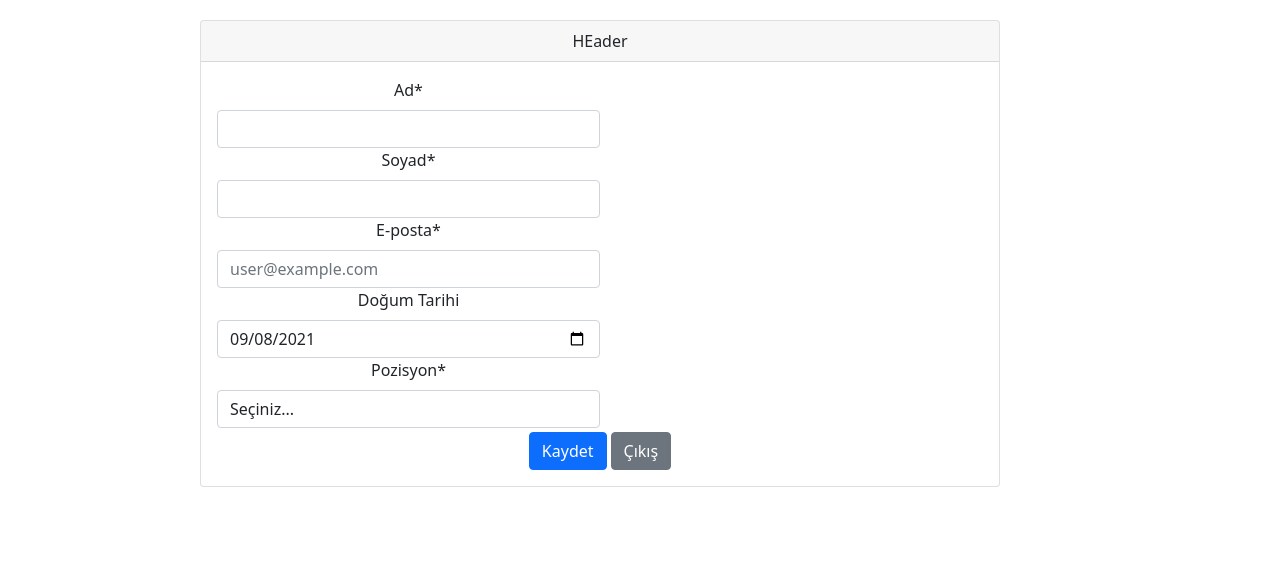
Repository: okankrdg/ReactCoreCRUD
Page: /employee/create (app in ReactCoreCRUD.Web/client/)
An editor plug-in stored every save of this project. The page is shown before and after the next save, followed by the edit.
The browser window is 1280 px wide. The pictures show the whole page.
The page's requests for data from a server got no answer. The project was rebuilt for these pictures with package versions that can differ from the ones it lists, and the page was loaded fresh each time. No one was signed in, and anything a server would have sent is missing. Also part of the build but not shown: ReactCoreCRUD.Web/client/src/pages/Employee/index.tsx, ReactCoreCRUD.Web/client/src/pages/Exception/index.tsx.

Above is the page before, as saved 2021-10-10 22:19:24.

After the next save:
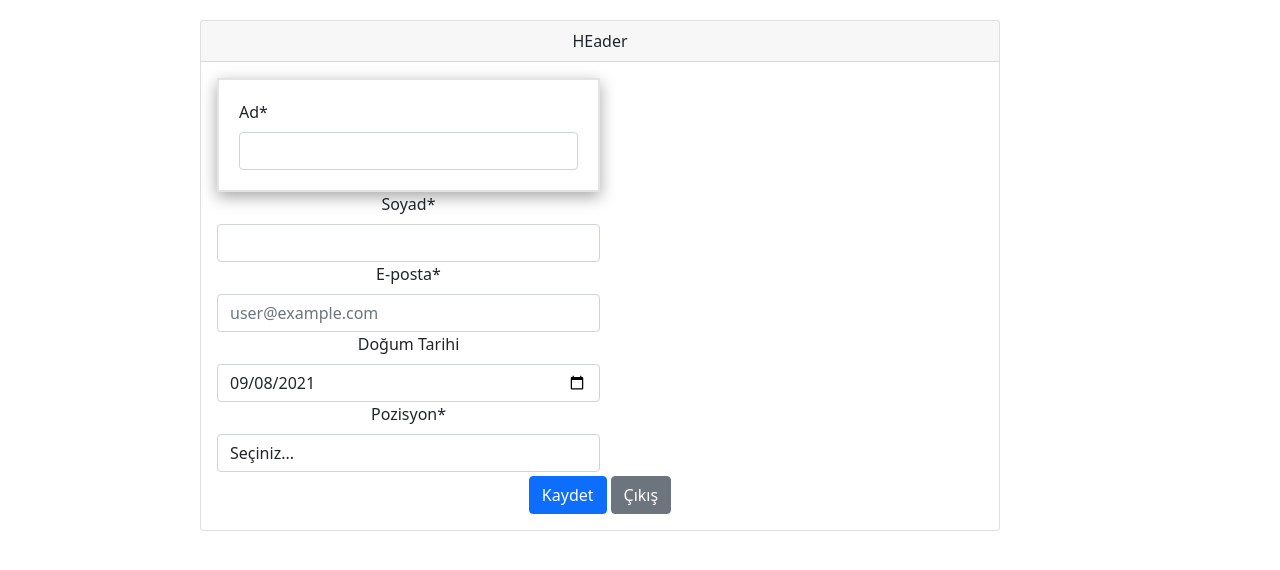
Saved 10 s later.
--- a/ReactCoreCRUD.Web/client/src/pages/Employee/createOrEdit.tsx
+++ b/ReactCoreCRUD.Web/client/src/pages/Employee/createOrEdit.tsx
@@ -130,7 +130,7 @@
       <div className="card-header">HEader</div>
       <div className="card-body">
         <div className="">
-          <div className=" col-md-6">
+          <div className="employeeForm col-md-6">
             <label className="form-label">Ad*</label>
             <input
               type="text"

After the save that followed:
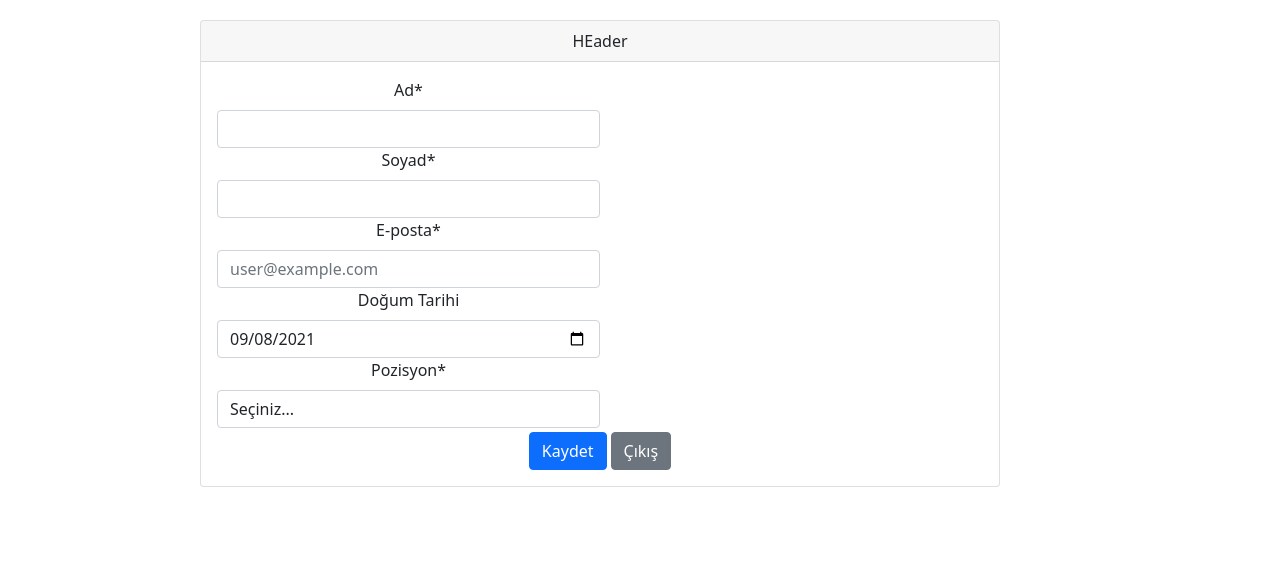
Saved 13 s later.
--- a/ReactCoreCRUD.Web/client/src/pages/Employee/createOrEdit.tsx
+++ b/ReactCoreCRUD.Web/client/src/pages/Employee/createOrEdit.tsx
@@ -130,7 +130,7 @@
       <div className="card-header">HEader</div>
       <div className="card-body">
         <div className="">
-          <div className="employeeForm col-md-6">
+          <div className="col-md-6">
             <label className="form-label">Ad*</label>
             <input
               type="text"
